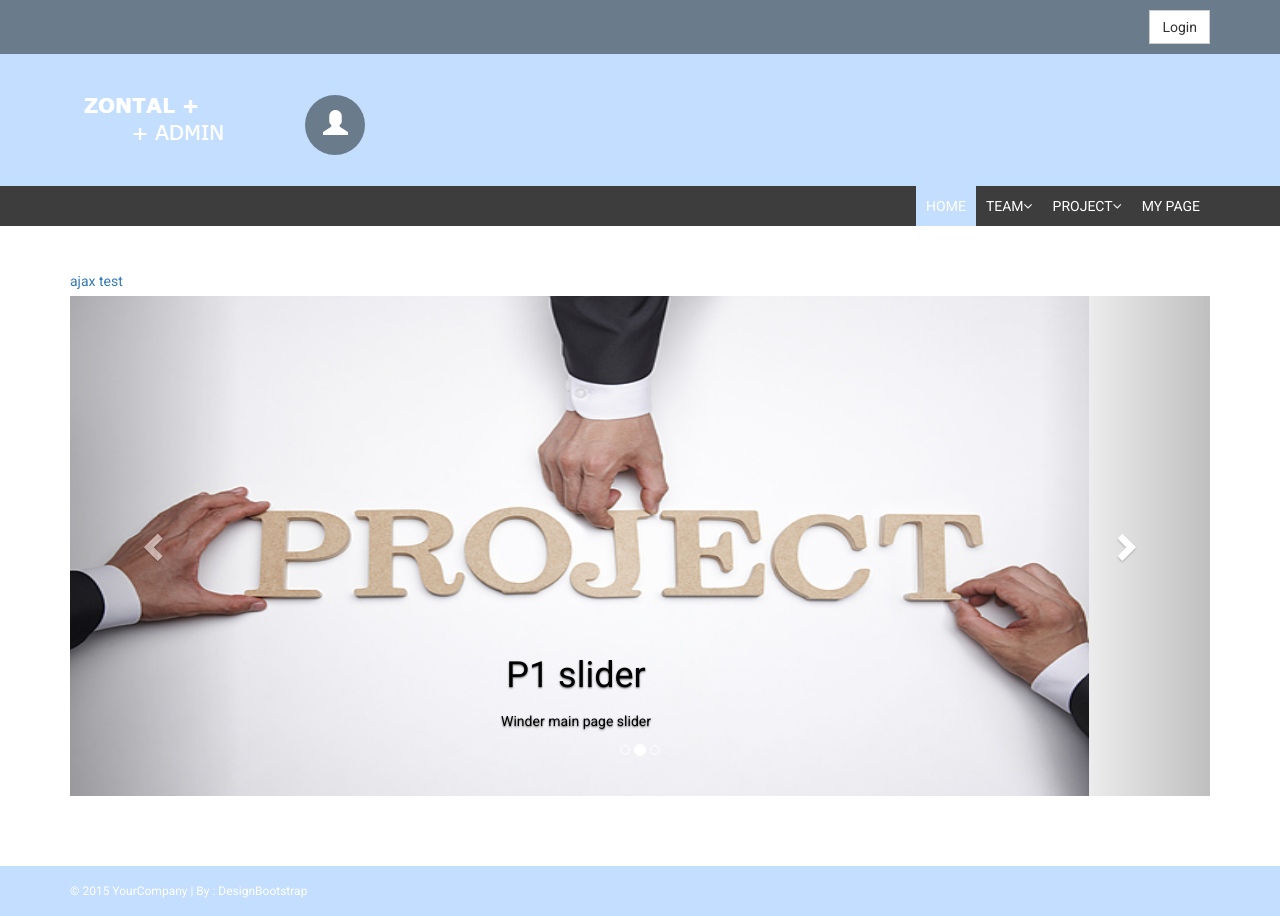
Repository: hwju91/skuniv
Page: http://localhost/0903.2/WEB-INF/jsp/index.jsp
The author's editor kept a copy of each file at every save. The page is drawn from the files as they stood at one save, then again after the next save.
The browser window is 1280 px wide. The pictures show the whole page.
The page is served by Tomcat 9. Nobody is signed in. Other server files are loaded and not shown. The template is opened directly, without the code that normally fills it, so the values that code supplies are empty.

Above is the page before, as saved 2016-09-07 10:14:56.

### 0903.2/WebContent/WEB-INF/jsp/index.jsp
<%@ page language="java" contentType="text/html; charset=UTF-8"
	pageEncoding="UTF-8"%>
<jsp:include page="header_index.jsp" />
<jsp:include page="nav.jsp" />
<jsp:include page="menu_basic.jsp" />

<a href="ajaxtest">ajax test</a>
<div id="myCarousel" class="carousel slide" data-ride="carousel">
    <!-- Indicators -->
    <ol class="carousel-indicators">
      <li data-target="#myCarousel" data-slide-to="0" class="active"></li>
      <li data-target="#myCarousel" data-slide-to="1"></li>
      <li data-target="#myCarousel" data-slide-to="2"></li>
    </ol>


    <!-- Wrapper for slides -->
    <div class="carousel-inner" role="listbox">

      <div class="item active">
        <img src="img/p01.jpg" alt="Chania" width="460" height="345">
        <div class="carousel-caption">
	          <div style="color:black;">
		          <h1>P1 slider</h1>
		          <p>Winder main page slider</p>
	        </div>
        </div>
      </div>

      <div class="item">
        <img src="img/p02.jpg" alt="Chania" width="460" height="345">
        <div class="carousel-caption">
	          <div style="color:white;">
		          <h1>P2 slider</h1>
		          <p>Winder main page slider</p>
	        </div>
        </div>
      </div>

      <div class="item">
        <img src="img/p03.jpg" alt="Chania" width="460" height="345">
        <div class="carousel-caption">
	          <div style="color:black;">
		          <h1>P3 slider</h1>
		          <p>Winder main page slider</p>
	        </div>
        </div>
      </div>

    </div>

    <!-- Left and right controls -->
    <a class="left carousel-control" href="#myCarousel" role="button" data-slide="prev">
      <span class="glyphicon glyphicon-chevron-left" aria-hidden="true"></span>
      <span class="sr-only">Previous</span>
    </a>

    <a class="right carousel-control" href="#myCarousel" role="button" data-slide="next">
      <span class="glyphicon glyphicon-chevron-right" aria-hidden="true"></span>
      <span class="sr-only">Next</span>
    </a>
  </div>

<jsp:include page="footer.jsp" />

### 0903.2/WebContent/WEB-INF/jsp/header_index.jsp
<%@ page language="java" contentType="text/html; charset=UTF-8"
    pageEncoding="UTF-8"%>
<!DOCTYPE html PUBLIC "-//W3C//DTD HTML 4.01 Transitional//EN" "http://www.w3.org/TR/html4/loose.dtd">
<html>
<head>
    <title>Winder</title>

    <link href="css/bootstrap.css" rel="stylesheet" />
    <link href="css/font-awesome.css" rel="stylesheet" />
    <link href="css/style.css" rel="stylesheet" />

	<style>
		.carousel-inner > .item > img,
		.carousel-inner > .item > a > img {
	      width: 90%;
	      height: 500px;
	      margin: auto;
	    }
	</style>

</head>
</head>

### 0903.2/WebContent/WEB-INF/jsp/nav.jsp
<%@ page language="java" contentType="text/html; charset=UTF-8"
    pageEncoding="UTF-8"%>
<body>
    <header>
        <div class="container">
            <div class="row">
                <div class="col-md-12">
                    <!-- <strong>Email: </strong>info@yourdomain.com
                    &nbsp;&nbsp;
                    <strong>Support: </strong>+90-897-678-44 -->
                    <%
                    if("loginok".equals((String)session.getAttribute("loginchk"))){
                    	%>
                    	<a class="btn btn-default" href="logout">Logout</a>
                    <%}
                    else{
                    %>
                    	<a class="btn btn-default" href="login">Login</a>
                    <% }%>

                </div>

            </div>
        </div>
    </header>
    <!-- HEADER END-->
    <div class="navbar navbar-inverse set-radius-zero">
        <div class="container">
            <div class="navbar-header">
                <button type="button" class="navbar-toggle" data-toggle="collapse" data-target=".navbar-collapse">
                    <span class="icon-bar"></span>
                    <span class="icon-bar"></span>
                    <span class="icon-bar"></span>
                </button>
                <a class="navbar-brand" href="index.html">
                    <img src="img/logo.png" />
                </a>

            </div>

            <div class="left-div">
                <div class="user-settings-wrapper">
                    <ul class="nav">

                        <li class="dropdown">
                            <a class="dropdown-toggle" data-toggle="dropdown" href="#" aria-expanded="false">
                                <span class="glyphicon glyphicon-user" style="font-size: 25px;"></span>
                            </a>
                            <div class="dropdown-menu dropdown-settings" style="color: #fff">
                                <div class="media">
                                    <a class="media-left" href="#">
                                        <img src="img/64-64.jpg" alt="" class="img-rounded" />
                                    </a>
                                    <div class="media-body">
                                        <h4 class="media-heading">Jhon Deo Alex </h4>
                                        <h5>Developer & Designer</h5>

                                    </div>
                                </div>
                                <hr />
                                <h5><strong>Personal Bio : </strong></h5>
                                Anim pariatur cliche reprehen derit.
                                <hr />
                                <a href="#" class="btn btn-info btn-sm">Full Profile</a>&nbsp; <a href="login.html" class="btn btn-danger btn-sm">Logout</a>

                            </div>
                        </li>


                    </ul>
                </div>
            </div>
        </div>
    </div>
    <!-- LOGO HEADER END-->

### 0903.2/WebContent/WEB-INF/jsp/menu_basic.jsp
<%@ page language="java" contentType="text/html; charset=UTF-8"
    pageEncoding="UTF-8"%>
<%@taglib prefix="c"  uri="http://java.sun.com/jsp/jstl/core" %>
<section class="menu-section">
        <div class="container">
            <div class="row">
                <div class="col-md-12">
                    <div class="navbar-collapse collapse ">
                        <ul id="menu-top" class="nav navbar-nav navbar-right">
                            <li><a class="menu-top-active" href="home">Home</a></li>
                            <li class="dropdown">
                                <a href="#" class="dropdown-toggle" data-toggle="dropdown">Team<i class="fa fa-angle-down"></i></a>
                                <ul class="dropdown-menu">
                                	<li><a href="teamList">팀 List</a></li>
                                    <li><a href="teamCreateform">팀 생성</a></li>
                                    <c:forEach items="${teammenu }" var="tmenu">
                                    <li><a href="projectlist?tno=${tmenu.tno }">${tmenu.name }</a></li>
                                    </c:forEach>
                                </ul>
                            </li>
                            <li class="dropdown">
                                <a href="#" class="dropdown-toggle" data-toggle="dropdown">Project<i class="fa fa-angle-down"></i></a>
                                <ul class="dropdown-menu">
                                    <li><a href="projectform">프로젝트 생성</a></li>
                                    <c:forEach items="${projectmenu }" var="pmenu">
                                    <li><a href="projectmain?pno=${pmenu.pno }">${pmenu.name }</a></li>
                                    </c:forEach>
                                </ul>
                            </li>
                             <li><a href="mypage">My Page</a></li>

                        </ul>
                    </div>
                </div>

            </div>
        </div>
    </section>
    <!-- MENU SECTION END-->
    <div class="content-wrapper">
        <div class="container">

### 0903.2/WebContent/WEB-INF/jsp/footer.jsp
<%@ page language="java" contentType="text/html; charset=UTF-8"
    pageEncoding="UTF-8"%>
 </div>
    </div>
    <!-- CONTENT-WRAPPER SECTION END-->
    <footer>
        <div class="container">
            <div class="row">
                <div class="col-md-12">
                    &copy; 2015 YourCompany | By : <a href="http://www.designbootstrap.com/" target="_blank">DesignBootstrap</a>
                </div>

            </div>
        </div>
    </footer>
    <!-- script -->
<script src="js/jquery-2.2.3.min.js"></script>
<script src="js/bootstrap.js"></script>
</body>
</html>

### 0903.2/WebContent/css/style.css

/*=============================================================
    Authour URL: www.designbootstrap.com

    http://www.designbootstrap.com/

    License: MIT

    http://opensource.org/licenses/MIT

    100% Free To use For Personal And Commercial Use.

    IN EXCHANGE JUST TELL PEOPLE ABOUT THIS WEBSITE

========================================================  */


/* =============================================================
   GENERAL STYLES
 ============================================================ */

@import url(http://fonts.googleapis.com/css?family=Roboto); /* FREE GOOGLE FONT */

body {
    font-family: 'Roboto', sans-serif;
    line-height: 30px;
}

.set-radius-zero {
    border-radius: 0px;
    -moz-border-radius: 0px;
    -webkit-border-radius: 0px;
}

.content-wrapper {
    margin-top: 40px;
    min-height: 600px;
    padding-bottom: 60px;
}

.page-head-line {
    font-weight: 900;
    padding-bottom: 20px;
    border-bottom: 2px solid #6A7B8B;
    text-transform: uppercase;
    color: #6A7B8B;
    font-size: 20px;
    margin-bottom: 40px;
}

.btn {
    border-radius: 0px;
    -webkit-border-radius: 0px;
    -moz-border-radius: 0px;
}

.progress {
    height: 8px;
    border-radius: 0px;
    -webkit-border-radius: 0px;
    -moz-border-radius: 0px;
}
.login-icon {
    height: 60px;
width: 60px;
padding: 13px;
border-radius: 50%;
font-size: 30px;
margin-bottom: 20px;
color: #fff;
text-align: center;
cursor:pointer;
background-color:#6A7B8B;
-webkit-border-radius:50%;
    -moz-border-radius:50%;
}
/* =============================================================
   HEADER SECTION STYLES
 ============================================================ */
header {
    background-color: #6A7B8B;
    color: #fff;
    padding: 10px;
    text-align: right;
}


/* =============================================================
   LOGO SECTION STYLES
 ============================================================ */
.left-div {
    padding-left: 30px;
    margin-top: 40px;
    margin-bottom: 30px;
}

.navbar-brand {
    width: 250px;
    padding-top: 30px;
}

/* USER SETTINGS DIV */
.user-settings-wrapper .nav > li > a {
    position: relative;
    display: block;
    padding: 15px 18px;
    border-radius: 50%;
    -webkit-border-radius: 50%;
    -moz-border-radius: 50%;
    height: 60px;
    width: 60px;
    background-color: #6A7B8B;
    color: #fff;
}

.user-settings-wrapper {
    margin-top: 10px;
}

    .user-settings-wrapper li {
        display: inline-block;
    }

    .user-settings-wrapper .dropdown-settings {
        width: 200px;
        padding: 10px;
    }

    .user-settings-wrapper .nav > li > a:hover,.user-settings-wrapper .nav > li > a:focus {
        text-decoration: none;
        background-color: #C4DEFF!important;
    }

    .user-settings-wrapper img {
        height: 64px;
        width: 64px;
        border: 1px solid #000000;
    }

    .user-settings-wrapper .dropdown-menu {
        margin: 0px;
        border-radius: 0px!important;
        -moz-border-radius: 0px!important;
        -webkit-border-radius: 0px!important;
    }

    .user-settings-wrapper .btn {
        border-radius: 0px!important;
        -moz-border-radius: 0px!important;
        -webkit-border-radius: 0px!important;
    }

    .user-settings-wrapper .media-heading {
        padding-top: 10px;
    }

/* MENU LINKS SECTION*/

.menu-section {
    background-color: #3D3D3D;
}

#menu-top a {
    color: #FFF;
    text-decoration: none;
    font-weight: 500;
    padding: 10px 10px 10px 10px;
    text-transform: uppercase;
}

.menu-top-active {
    background-color: #C4DEFF;
}

.menu-section .nav > li > a:hover,.menu-section .nav > li > a:focus {
    background-color: #6A7B8B!important;
}

.menu-section .dropdown-menu > li > a:hover,.menu-section .dropdown-menu > li > a:focus {
    background-color: #6A7B8B!important;
}

.navbar-inverse {
    background-color: #C4DEFF;
    border-color: transparent;
}

.navbar-toggle {
    background-color: #6A7B8B;
    border: 1px solid #fff;
}

.navbar {
    margin-bottom: 0px;
}
/* =============================================================
   FOOTER SECTION STYLES
 ============================================================ */
footer {
    padding: 10px;
    color: #fff;
    font-size: 12px;
    background-color: #C4DEFF;
}

    footer a, footer a:hover {
        color: #fff;
        text-decoration: none;
    }

/*==============================================
    DASHBOARD  STYLES
 =============================================*/

/* DASHBOARD ICONS */

.bk-clr-one {
    background-color: #B9B739;
}

.bk-clr-two {
    background-color: #F94C4C;
}

.bk-clr-three {
    background-color: #119c7e;
}

.bk-clr-four {
    background-color: #b739b9;
}

.dashboard-div-icon {
    height: 75px;
    width: 75px;
    border: 2px solid #fff;
    padding: 20px;
    border-radius: 50%;
    -webkit-border-radius:50%;
    -moz-border-radius:50%;
    font-size: 30px;
    margin-bottom: 20px;
    color: #fff;
}

.dashboard-div-wrapper {
    border-radius: 5px;
    text-align: center;
    padding: 15px;
    color: #fff;
    margin-bottom: 50px;
}

    .dashboard-div-wrapper .progress {
        height: 2px;
    }

/* NOTICE BOARD */


.notice-board .panel {
    border-radius: 0px;
    -webkit-border-radius: 0px;
    -moz-border-radius: 0px;
}

.notice-board ul {
    padding-left: 0px;
    list-style: none;
}

.notice-board li {
    padding: 10px;
    border-bottom: 1px solid #E5E5E5;
}

    .notice-board li span {
        margin-right: 10px;
        border: 1px solid #DBDBDB;
        padding: 5px;
    }

    .notice-board li a, li a:hover {
        text-decoration: none;
        color: #000;
    }

/* SOCIAL BUTTONS */
.btn-social {
    color: white;
    opacity: 0.8;
}

    .btn-social:hover {
        color: white;
        opacity: 1;
        text-decoration: none;
    }

.btn-facebook {
    background-color: #3b5998;
}

.btn-twitter {
    background-color: #00aced;
}

.btn-linkedin {
    background-color: #0e76a8;
}

.btn-google {
    background-color: #c32f10;
}

Loaded but not shown: 0903.2/WebContent/css/bootstrap.css (library); 0903.2/WebContent/css/font-awesome.css (library); 0903.2/WebContent/js/jquery-2.2.3.min.js (library); 0903.2/WebContent/js/bootstrap.js (library)

After the next save:
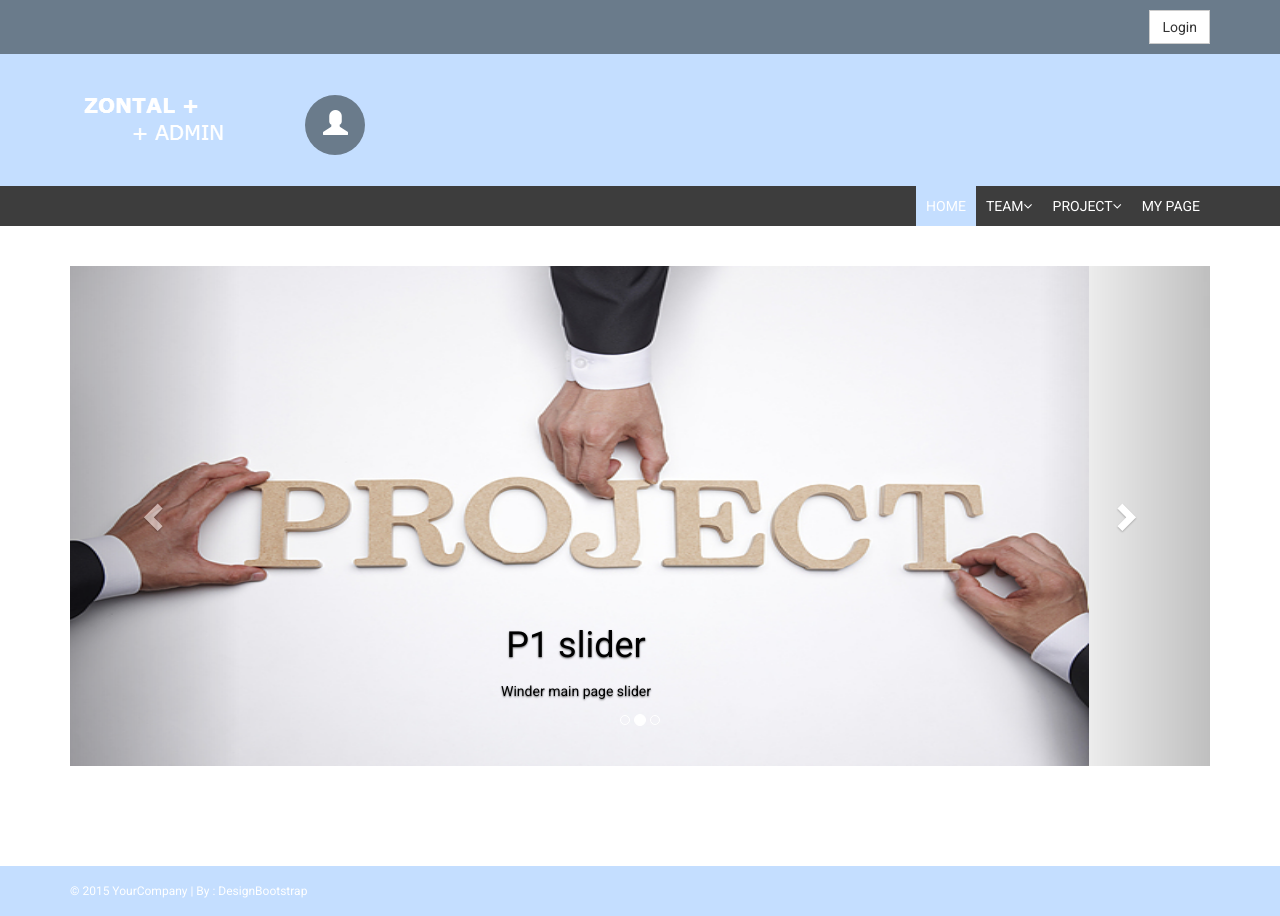
Saved 37 s later.
--- a/0903.2/WebContent/WEB-INF/jsp/index.jsp
+++ b/0903.2/WebContent/WEB-INF/jsp/index.jsp
@@ -4,7 +4,7 @@
 <jsp:include page="nav.jsp" />
 <jsp:include page="menu_basic.jsp" />
 
-<a href="ajaxtest">ajax test</a>
+
 <div id="myCarousel" class="carousel slide" data-ride="carousel">
     <!-- Indicators -->
     <ol class="carousel-indicators">
